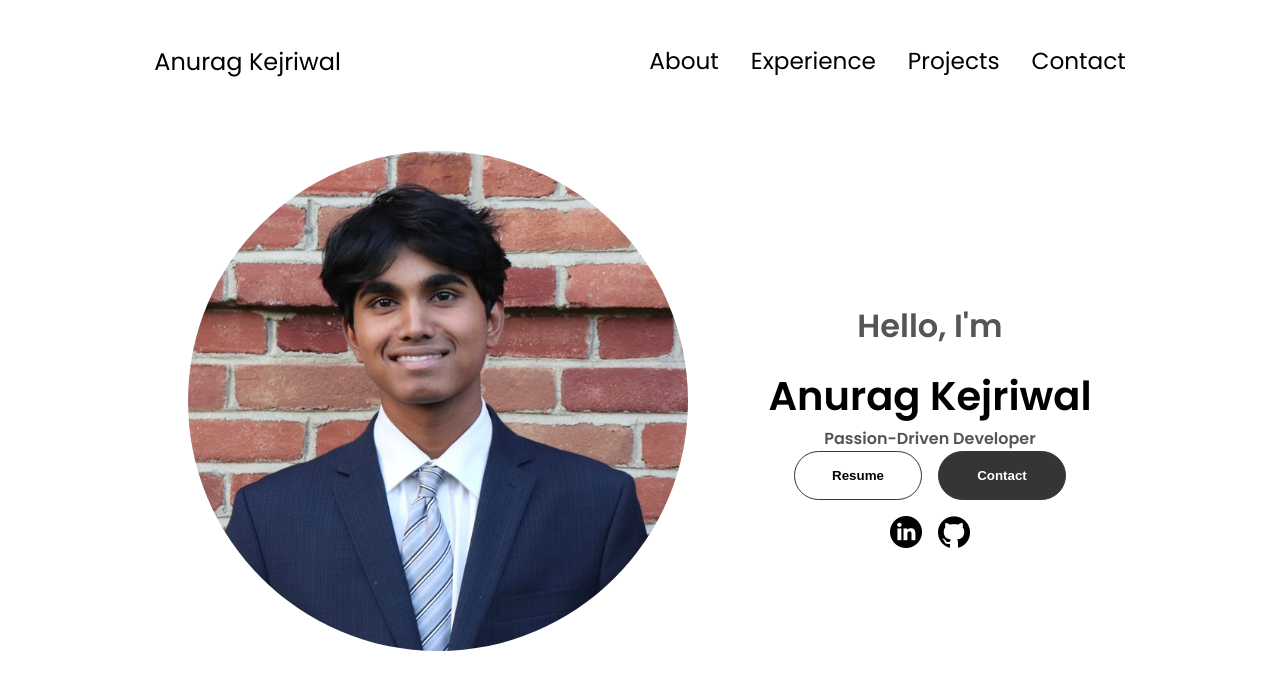
Repository: anuragkej/OldPortfolio
Page: index.html
An editor plug-in stored every save of this project. The page is shown before and after the next save, followed by the edit.
The browser window is 1280 px wide. The pictures show the whole page.

Above is the page before, as saved 2024-05-25 21:36:08.

After the next save:
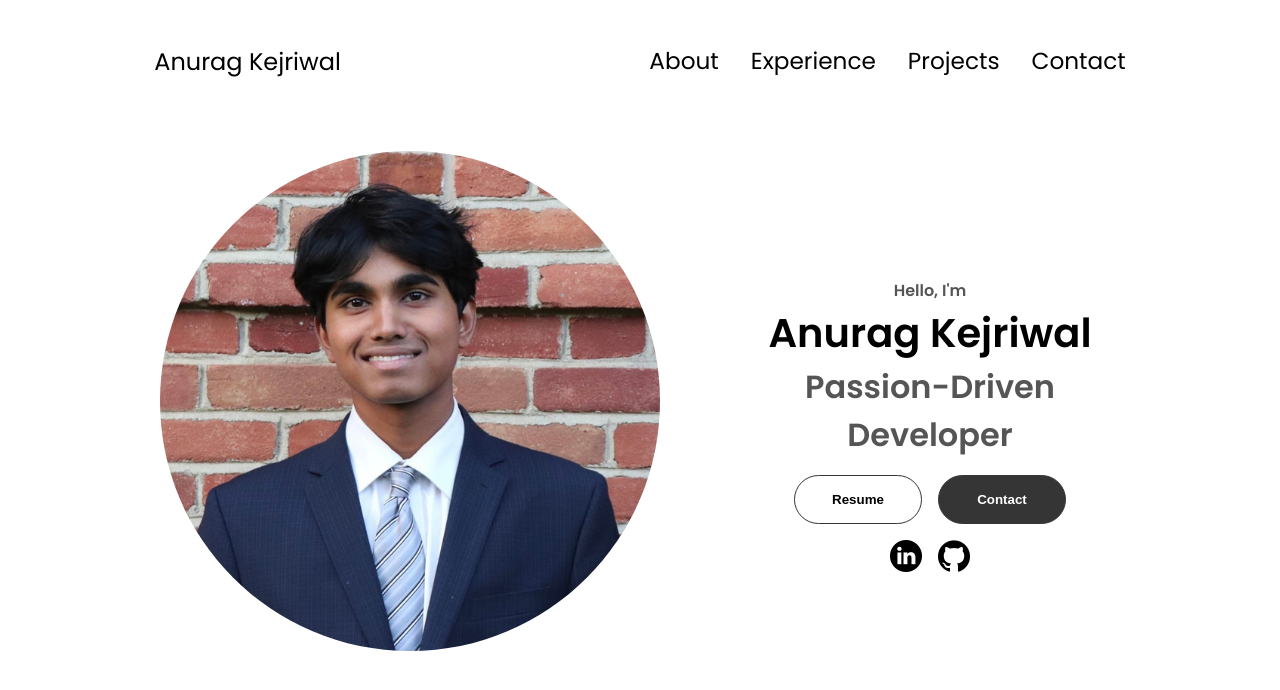
Saved 43 s later.
--- a/style.css
+++ b/style.css
@@ -186,7 +186,7 @@
 .section__text__p1{
     text-align: center;
 }
-.section__text__p1{
+.section__text__p2{
     font-size: 2rem;
     margin-bottom: 1rem;
 }
